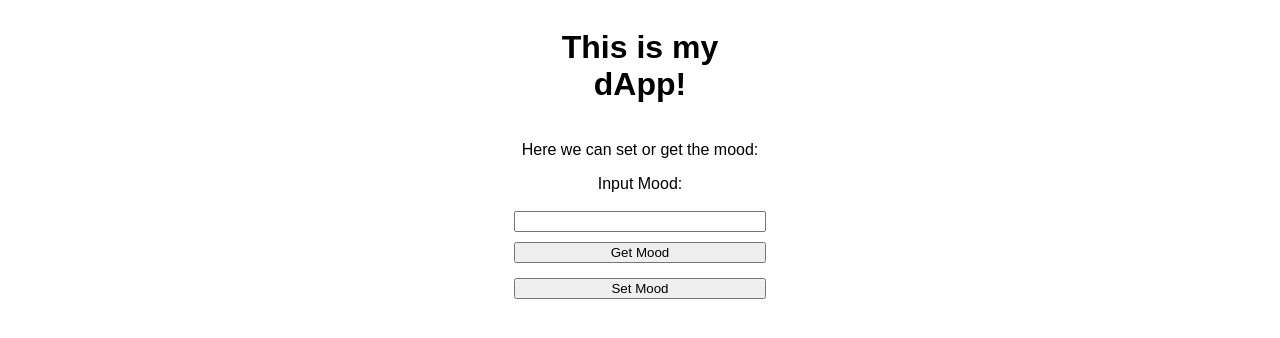
Repository: Sagar30601/MoodDapp
Page: index.html
The author's editor kept a copy of each file at every save. The page is drawn from the files as they stood at one save, then again after the next save.
The browser window is 1280 px wide. The pictures show the whole page.

Above is the page before, as saved 2022-04-19 09:28:22.

After the next save:
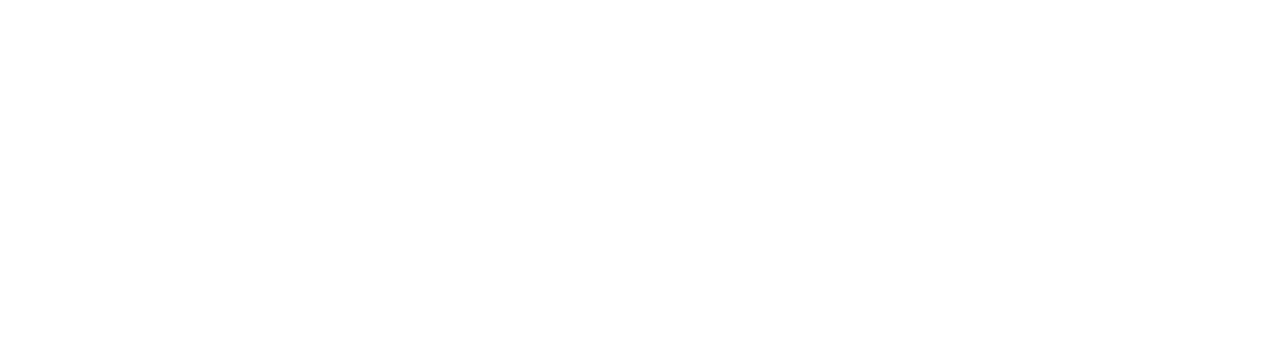
Saved 64 s later.
--- a/index.html
+++ b/index.html
@@ -8,14 +8,7 @@
     <title>My first dApps</title>
 </head>
 <body>
-    <div>
-        <h1>This is my dApp!</h1>
-        <p>Here we can set or get the mood:</p>
-        <label for="mood">Input Mood:</label><br>
-        <input type="text" id="mood">
-        <button onclick="hello()">Get Mood</button>
-        <button onclick="setMood()">Set Mood</button>
-    </div>
+
 
     <script
         src="https://cdn.ethers.io/lib/ethers-5.2.umd.min.js"

After the 2 saves that followed:
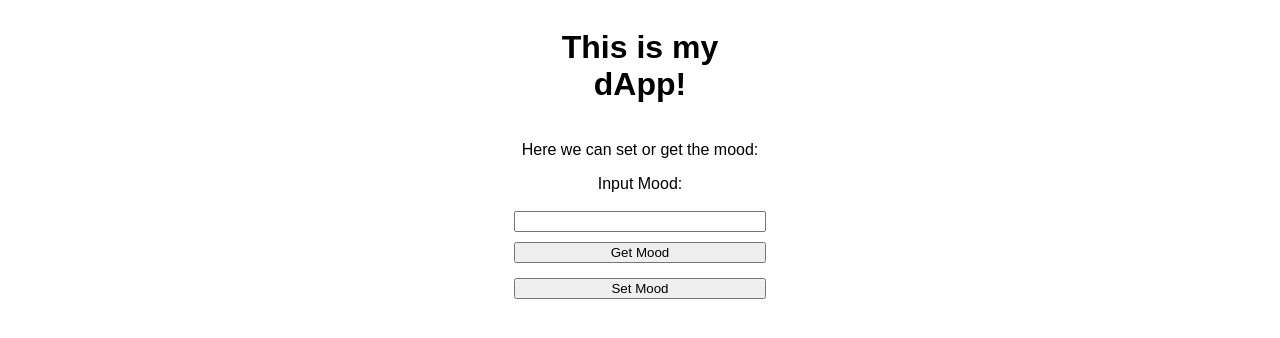
The 2 saves are shown as one change because 1 left the picture as it was.
The last was saved 15 s later.
--- a/index.html
+++ b/index.html
@@ -8,8 +8,6 @@
     <title>My first dApps</title>
 </head>
 <body>
-
-
     <script
         src="https://cdn.ethers.io/lib/ethers-5.2.umd.min.js"
         type="application/javascript"
@@ -72,5 +70,13 @@
             await setMoodPromise;
         }
     </script>
+     <div>
+        <h1>This is my dApp!</h1>
+        <p>Here we can set or get the mood:</p>
+        <label for="mood">Input Mood:</label><br>
+        <input type="text" id="mood">
+        <button onclick="hello()">Get Mood</button>
+        <button onclick="setMood()">Set Mood</button>
+    </div>
 </body>
 </html>
